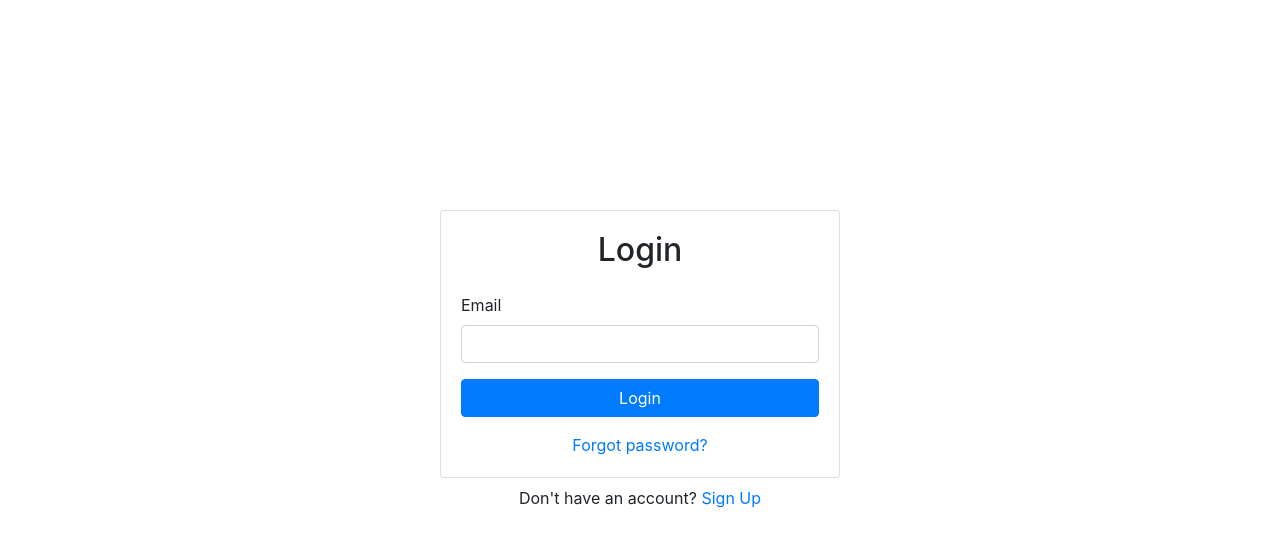
Repository: JonoBowenDev/firebase-tutorial
Page: /forgot-password
The author's editor kept a copy of each file at every save. The page is drawn from the files as they stood at one save, then again after the next save.
The browser window is 1280 px wide. The pictures show the whole page.
The project was rebuilt for these pictures with package versions that can differ from the ones it lists, and the page was loaded fresh each time. Also part of the build but not shown: src/components/SignUp.js, src/components/Dashboard.js, src/components/Login.js, src/components/PrivateRoute.js.

Above is the page before, as saved 2021-03-12 18:57:29.

After the next save:
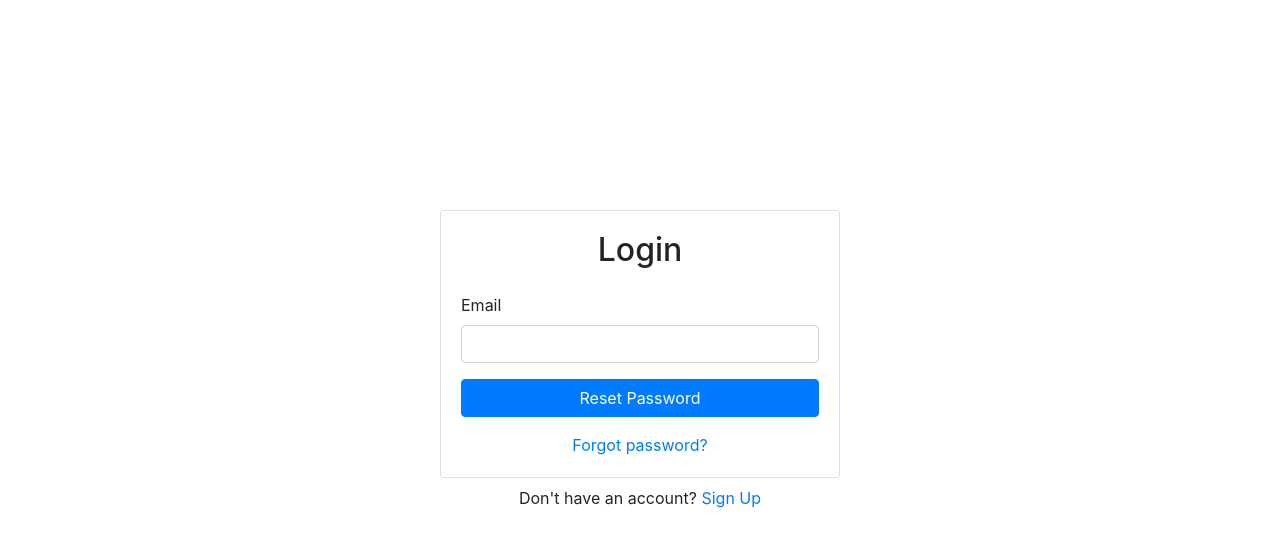
Saved 13 s later.
--- a/src/components/ForgotPassword.js
+++ b/src/components/ForgotPassword.js
@@ -41,7 +41,7 @@ export default function ForgotPassword() {
                         <Form.Control type="email" ref={emailRef} required />
                     </Form.Group>
                     <Button disabled={loading} className="w-100" type="submit">
-                        Login
+                        Reset Password
                     </Button>
                 </Form>
                 <div className="w-100 text-center mt-3">
